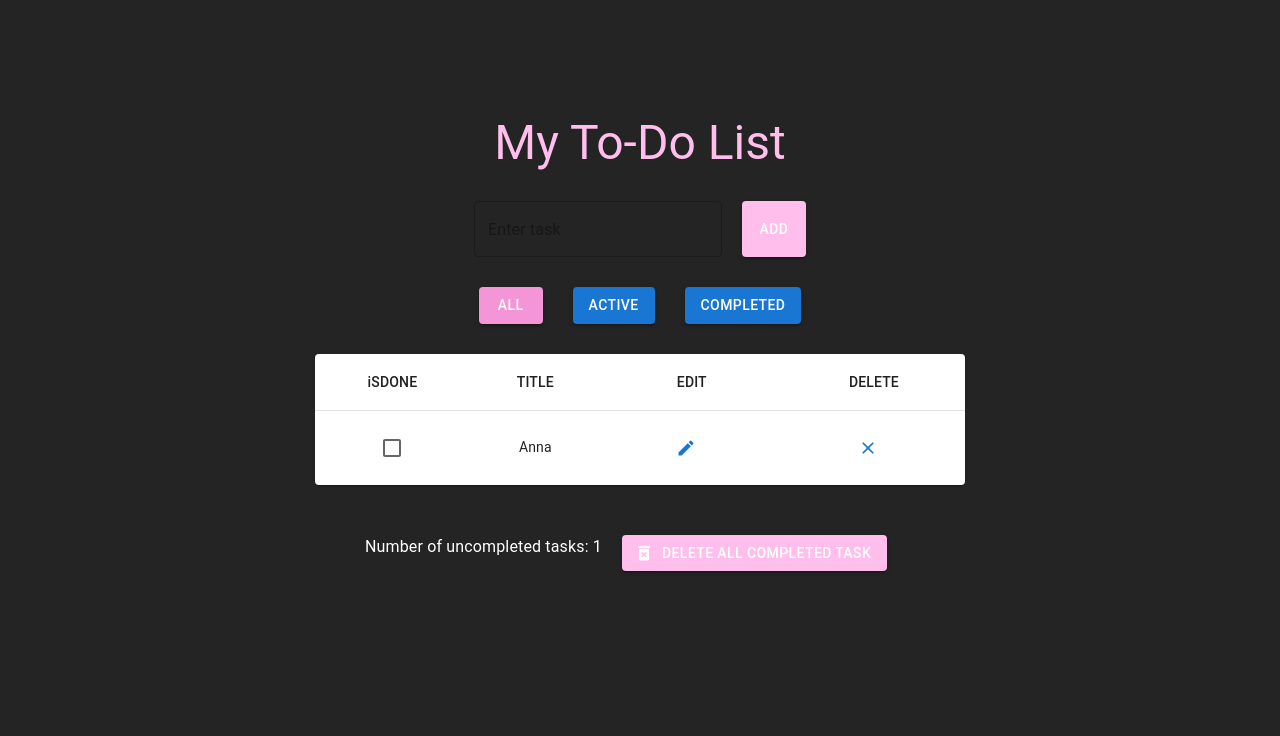
Repository: savannaaaas/ToDo_List
Page: /
These files come from the project's save history. The page is drawn as it stood at one moment and after a run of saves; the edit follows.
The browser window is 1280 px wide. The pictures show the whole page.
The project was rebuilt for these pictures with package versions that can differ from the ones it lists, and the page was loaded fresh each time. Also part of the build but not shown: vite.config.js.

Above is the page before, as saved 2025-08-10 20:06:40.

After the next 2 saves:
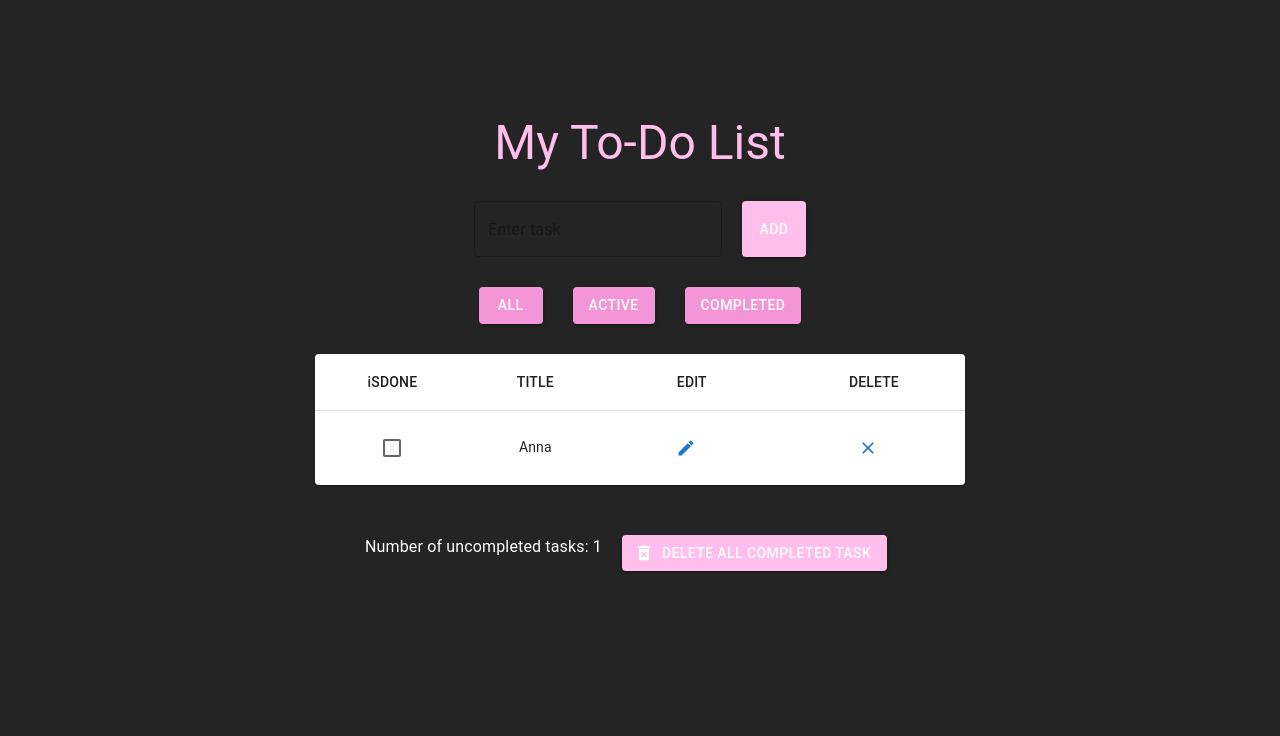
The 2 saves are shown as one change because they came seconds apart.
The last was saved 9 s later.
--- a/src/components/FiterTasks.jsx
+++ b/src/components/FiterTasks.jsx
@@ -6,8 +6,12 @@ export const FilterTask = () => {
       <Button variant="contained" sx={{ backgroundColor: "#f495d7ff" }}>
         All
       </Button>
-      <Button variant="contained">Active</Button>
-      <Button variant="contained">Completed</Button>
+      <Button variant="contained" sx={{ backgroundColor: "#f495d7ff" }}>
+        Active
+      </Button>
+      <Button variant="contained" sx={{ backgroundColor: "#f495d7ff" }}>
+        Completed
+      </Button>
     </div>
   );
 };
